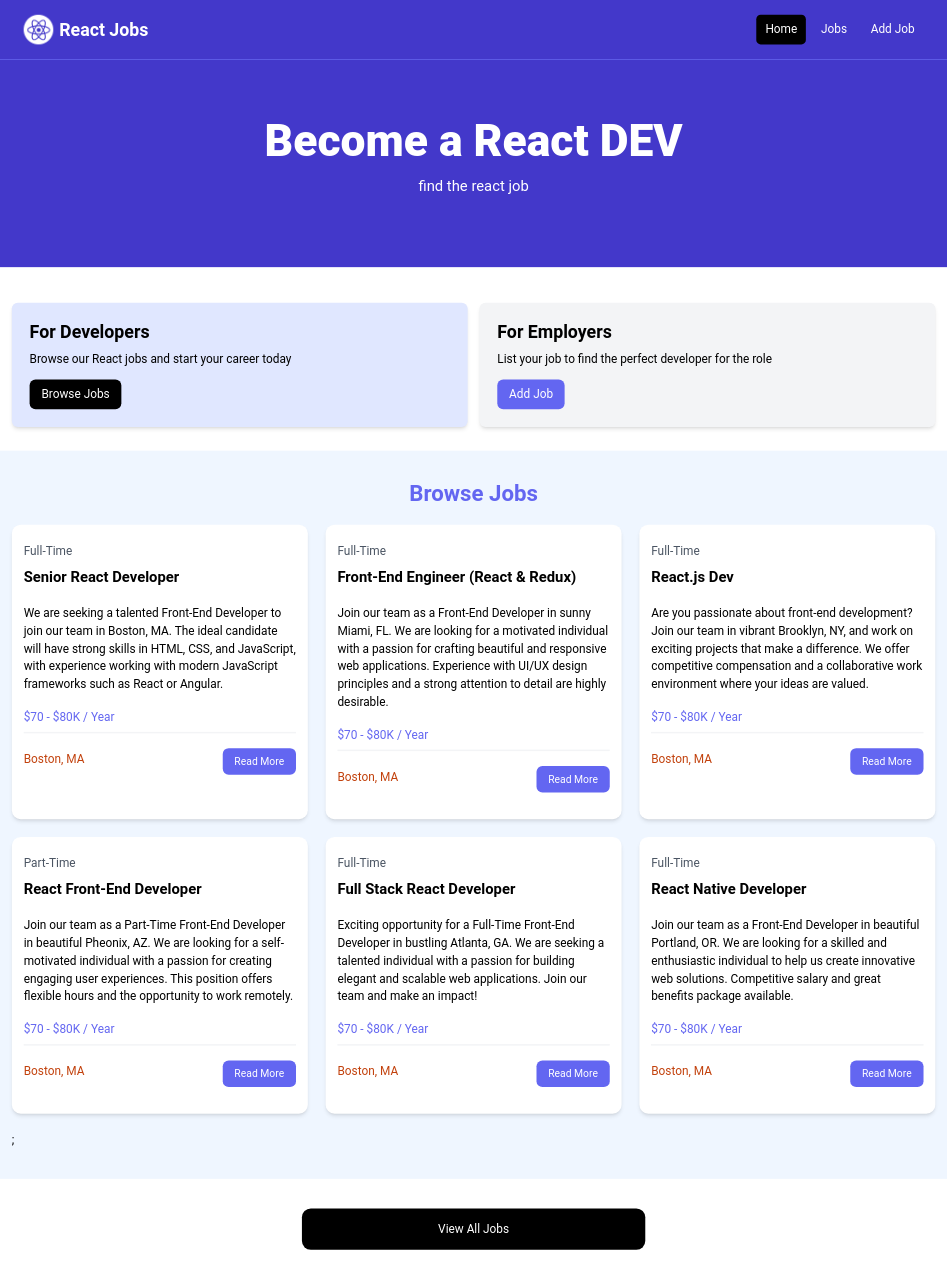
Repository: Geohot-2020/React_setup
Page: / (app in react-crash-2024/)
An editor plug-in stored every save of this project. The page is shown before and after the next save, followed by the edit.
The browser window is 1280 px wide. The pictures show the whole page, at 74% of full size.
The project was rebuilt for these pictures with package versions that can differ from the ones it lists, and the page was loaded fresh each time. Also part of the build but not shown: react-crash-2024/vite.config.js.

Above is the page before, as saved 2024-11-13 16:12:10.

After the next save:
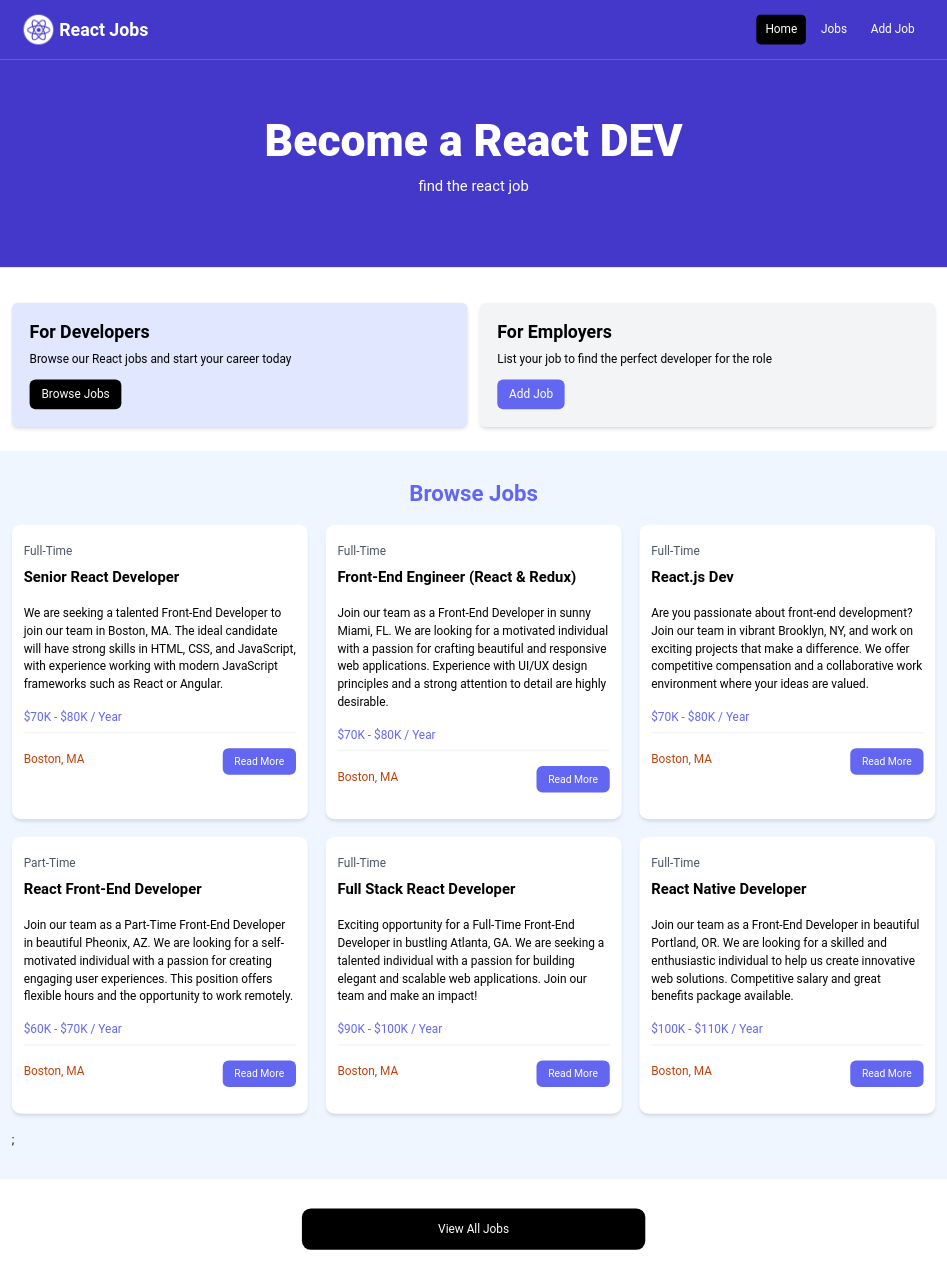
Saved 12 s later.
--- a/react-crash-2024/src/components/JobListings.jsx
+++ b/react-crash-2024/src/components/JobListings.jsx
@@ -22,7 +22,7 @@ const JobListings = () => {
                                     {job.description}
                                 </div>
 
-                                <h3 className="text-indigo-500 mb-2">$70 - $80K / Year</h3>
+                                <h3 className="text-indigo-500 mb-2">{job.salary} / Year</h3>
 
                                 <div className="border border-gray-100 mb-5"></div>
 
